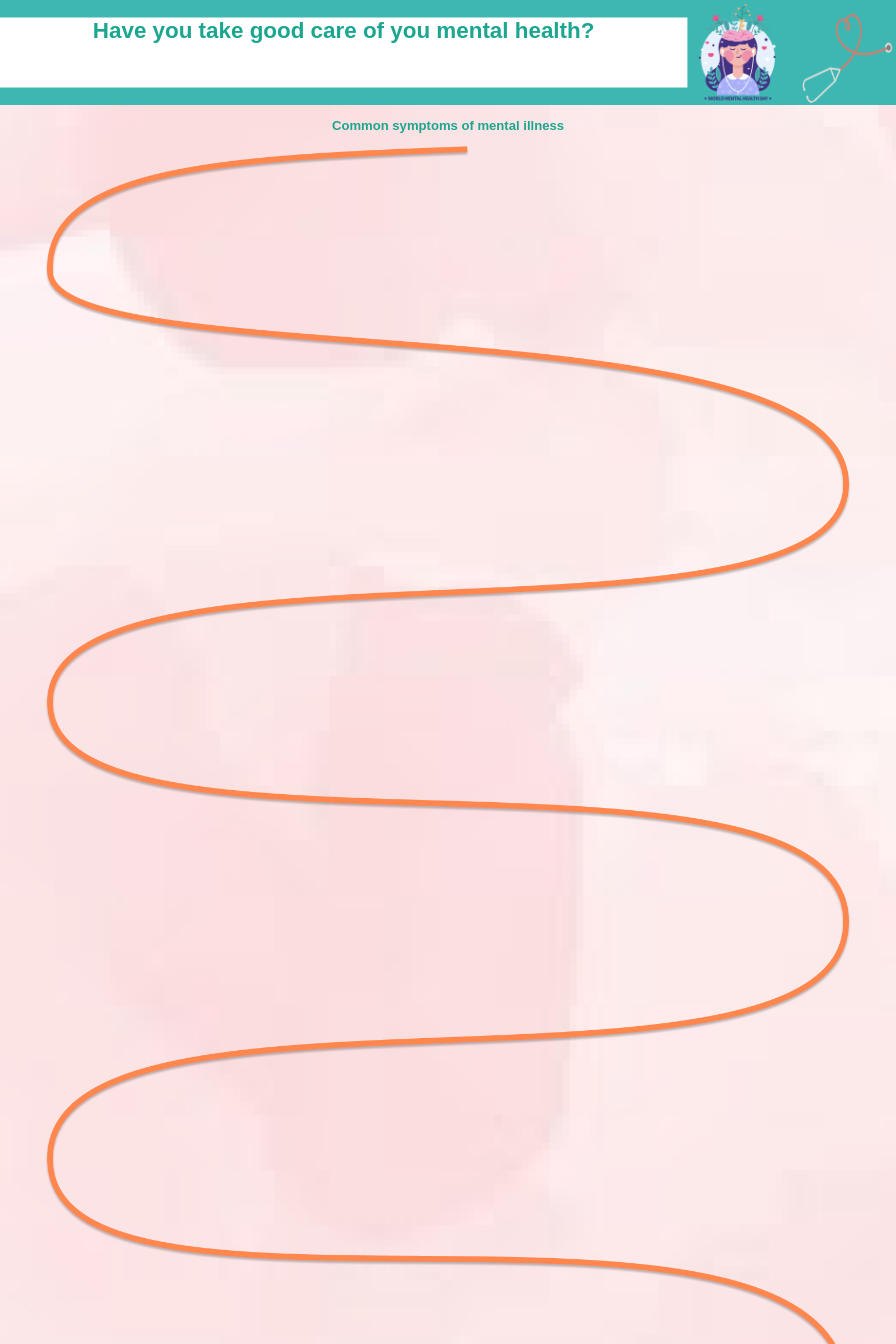
Repository: zzs1/2109-Dynamic-Content-Project
Page: Shin_code/index.html
An editor plug-in stored every save of this project. The page is shown before and after a run of saves, followed by the edit.
The browser window is 1280 px wide. The pictures show the part of the page from y = 0 to 1920 px (the page is 2780 px tall), at 70% of full size.
Some web fonts or font styles are not loaded; a fallback is used.

Above is the page before, as saved 2021-03-09 00:13:56.

After the next 2 saves:
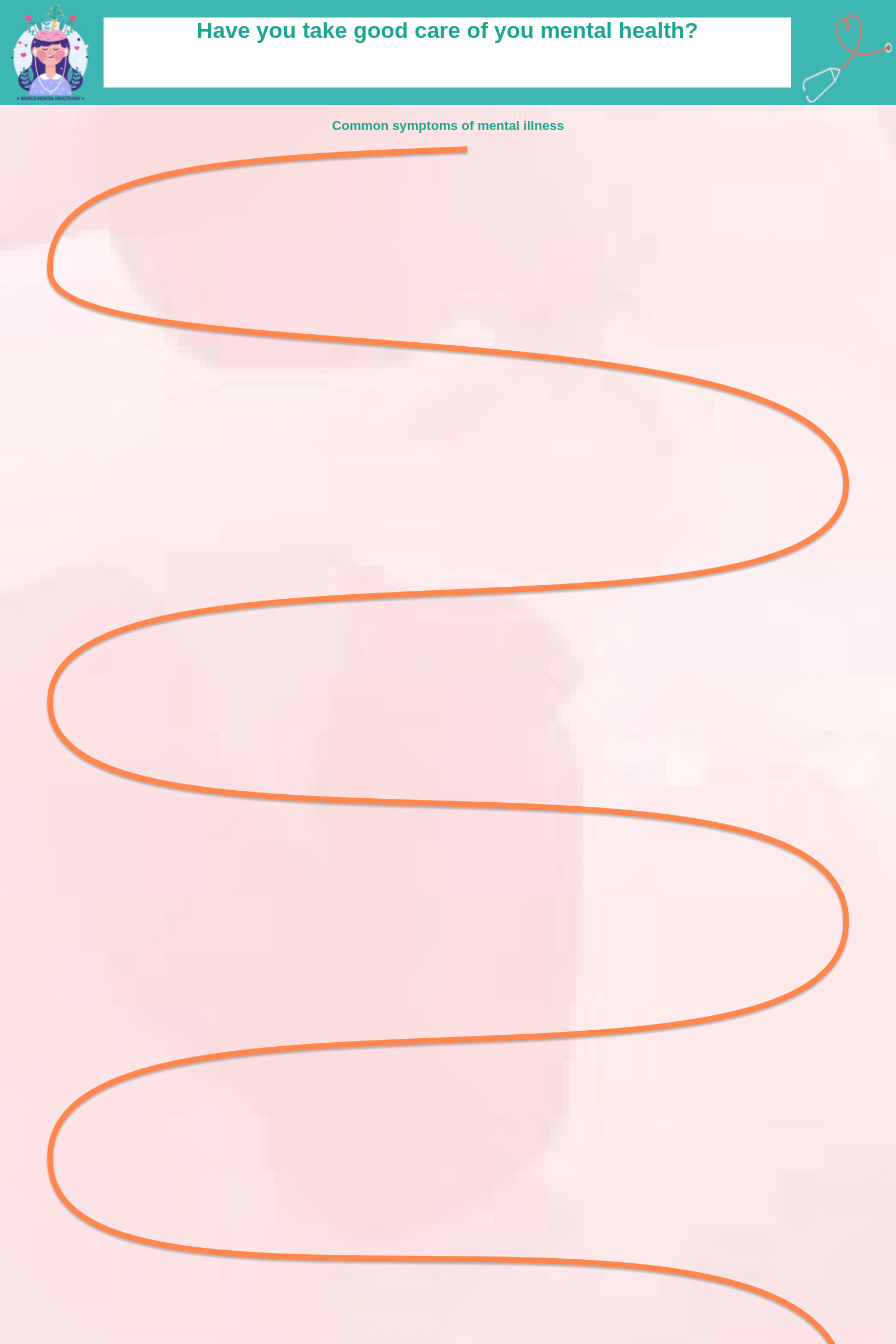
The 2 saves are shown as one change because they came seconds apart.
The last was saved 34 s later.
--- a/Shin_code/index.html
+++ b/Shin_code/index.html
@@ -19,12 +19,12 @@
 
     <!--Shin Part: Header: Have you take good care of you mental health? -->
     <div class="header caption">
+      <img class="headimg" src="comps/caption/headimage.png" alt="firstimg">
       <div class="header_back">
         <h1 class="headertitle">Have you take good care of
           you mental health?
         </h1>
       </div>
-        <img class="headimg" src="comps/caption/headimage.png" alt="firstimg">
         <img class="sideimg" src="comps/caption/sideimage.png" alt="secondimg">
     </div>
 
